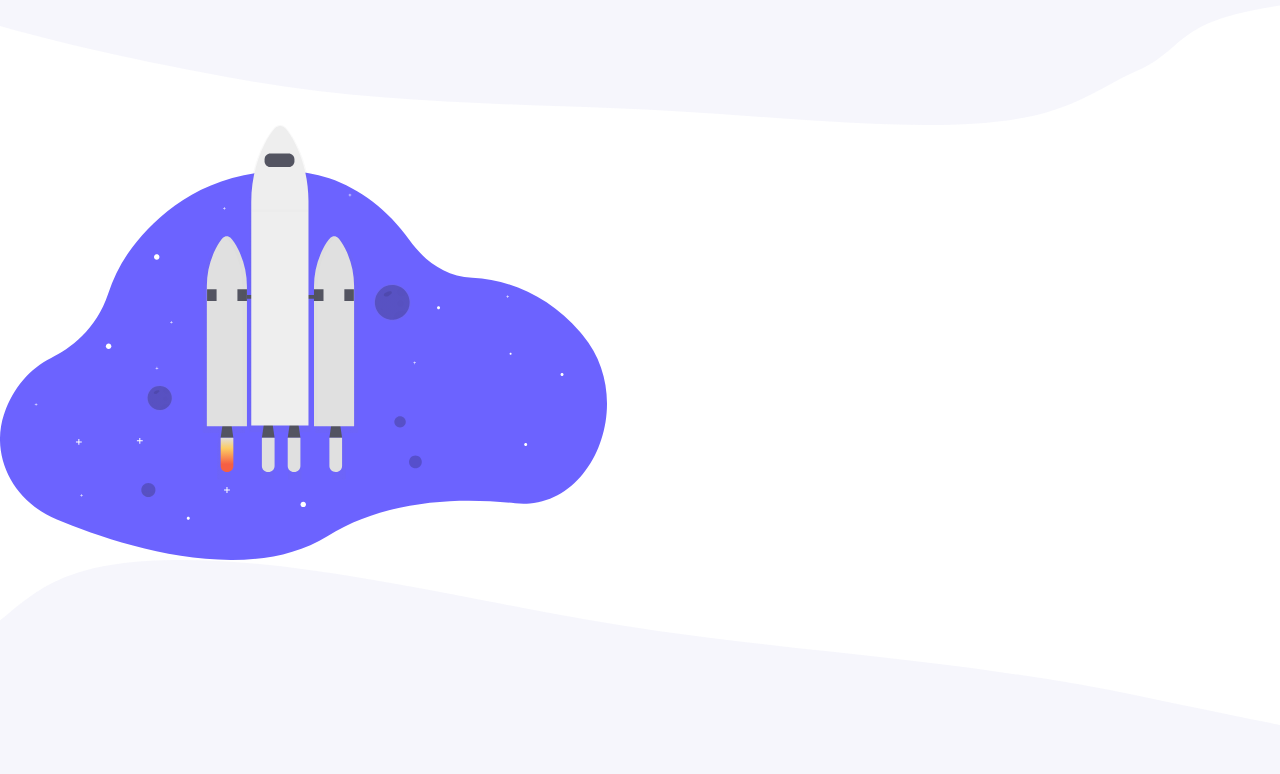
Repository: BrunoBross/countdown
Page: 404.html
The author's editor kept a copy of each file at every save. The page is drawn from the files as they stood at one save, then again after the next save.
The browser window is 1280 px wide. The pictures show the whole page.

Above is the page before, as saved 2021-11-30 01:40:46.
Console error: TypeError: Cannot set properties of null (setting 'innerHTML')

After the next save:
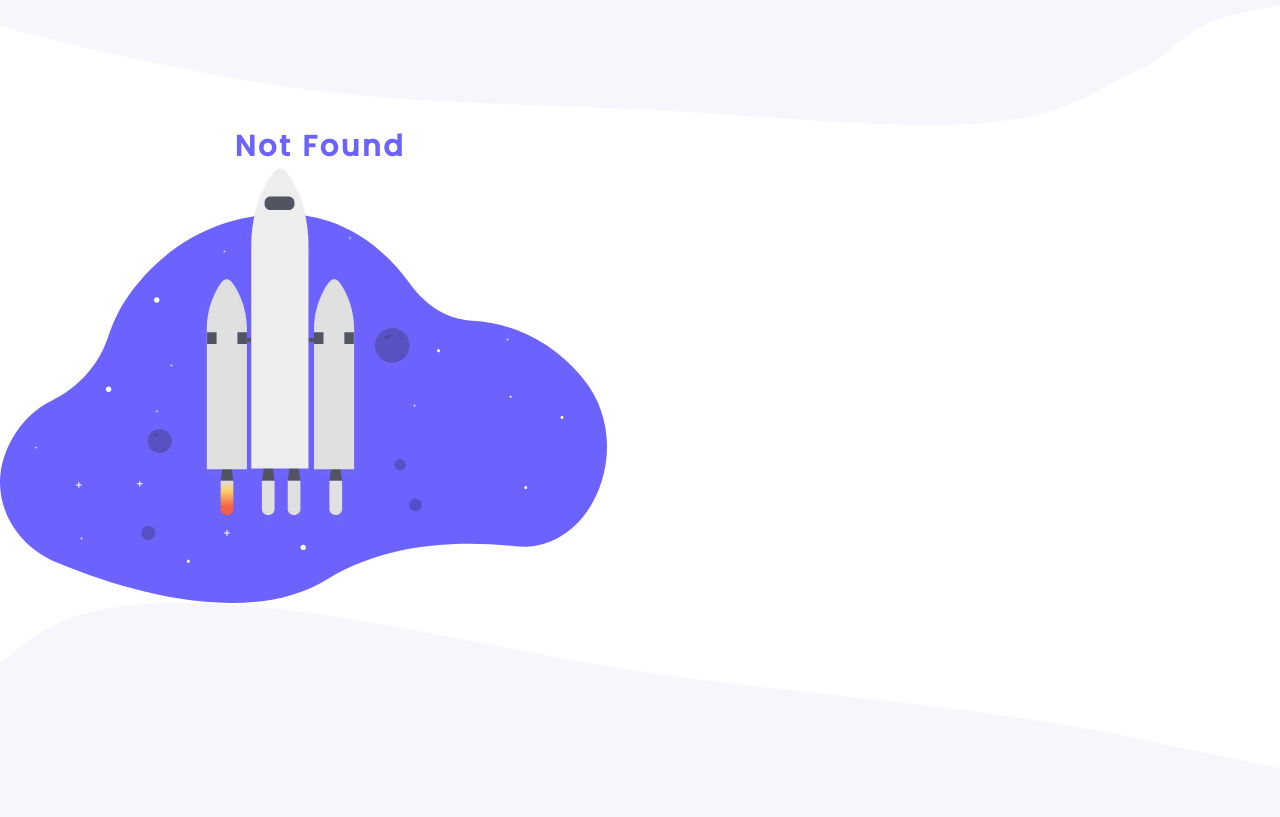
Saved 10 s later.
--- a/404.html
+++ b/404.html
@@ -16,7 +16,7 @@
     <img class="image" id="top" src="./assets/top-image.svg" alt="">
     <div class="center">
       <div class="content">
-
+        <h1>Not Found</h1>
       </div>
       <img id="rocket" src="./assets/rocket.svg" alt="">
     </div>
